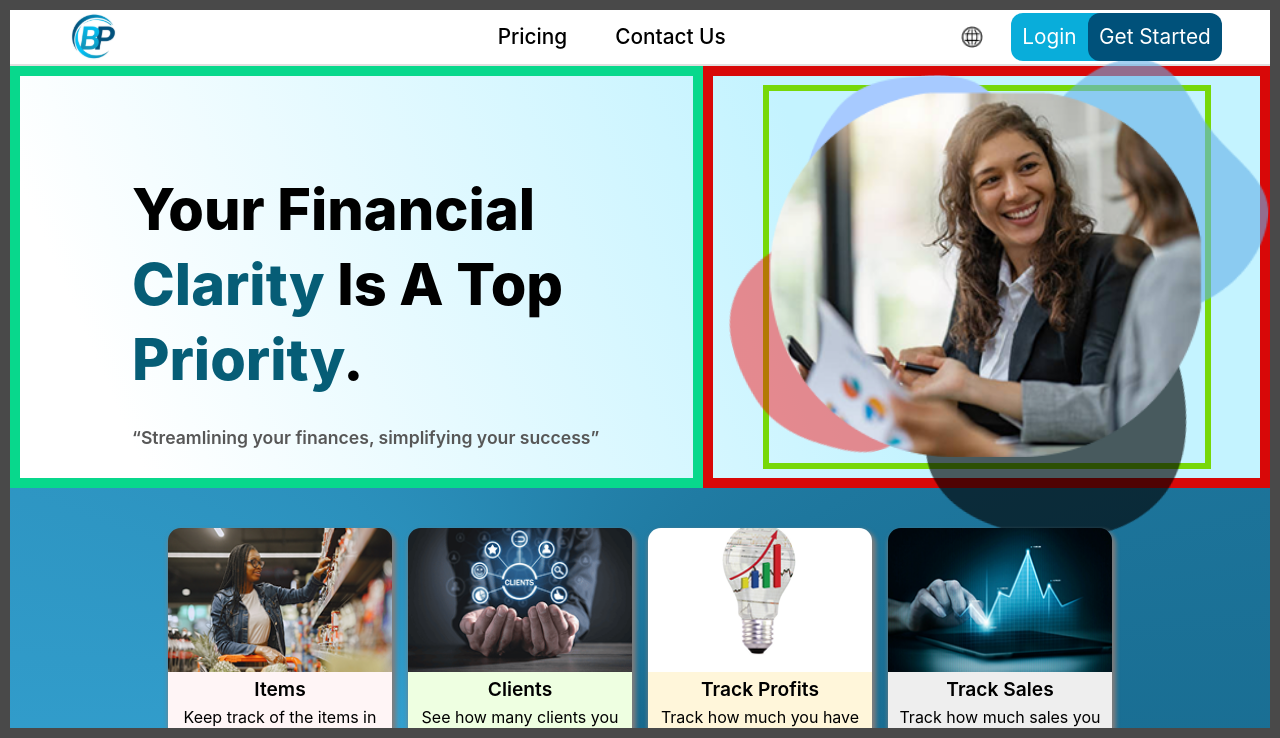
Repository: dark-txch/Bizpadi
Page: /
These files come from the project's save history. The page is drawn as it stood at one moment and after the next save; the edit follows.
The browser window is 1280 px wide. The pictures show the whole page.
The project was rebuilt for these pictures with package versions that can differ from the ones it lists, and the page was loaded fresh each time. Also part of the build but not shown: vite.config.js, src/components/ErrorBoundary.jsx, src/components/LandingPage/PricingPage/Pricing.jsx, src/components/LandingPage/LogInPage/LogIn.jsx.

Above is the page before, as saved 2025-04-09 20:04:27.

After the next save:
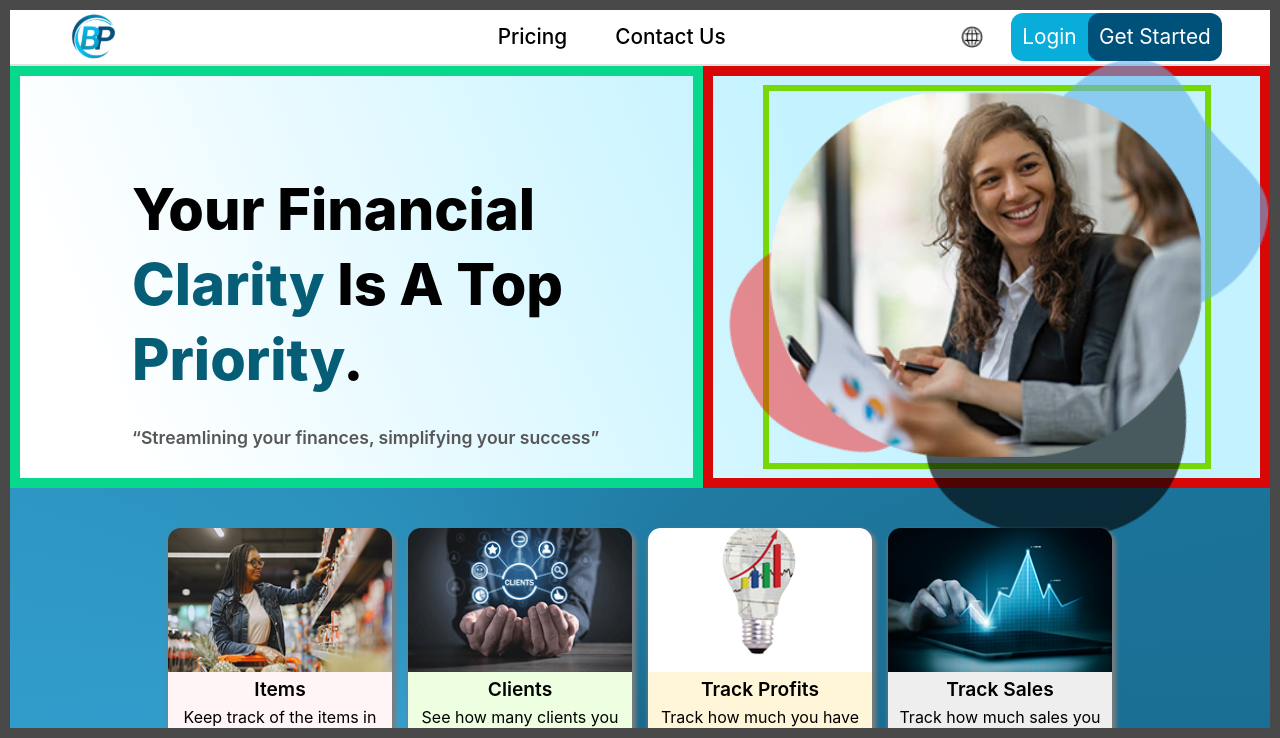
Saved 31 s later.
--- a/src/components/LandingPage/MidSection.css
+++ b/src/components/LandingPage/MidSection.css
@@ -90,7 +90,7 @@
 	position: absolute;
 	width: 13rem;
 	height: 13rem;
-	top: -3rem;
+	top: -1rem;
 	right: 9rem;
 	transform: translate(-3rem, 2rem);
 }
